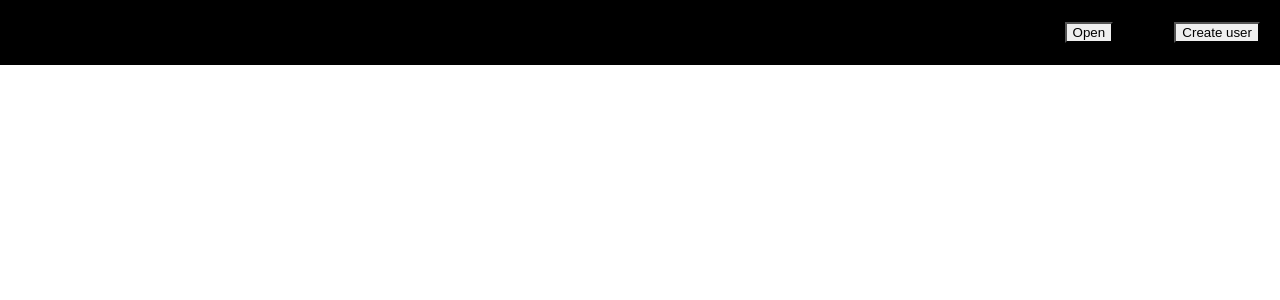
Repository: mr-joshi/Art-Of-House
Page: /
These files come from the project's save history. The page is drawn as it stood at one moment and after the next save; the edit follows.
The browser window is 1280 px wide. The pictures show the whole page.
The project was rebuilt for these pictures with package versions that can differ from the ones it lists, and the page was loaded fresh each time. The framework's server and built-in components were replaced by stand-ins that run in the browser. Also part of the build but not shown: next.config.js.

Above is the page before, as saved 2022-09-25 03:21:32.

After the next save:
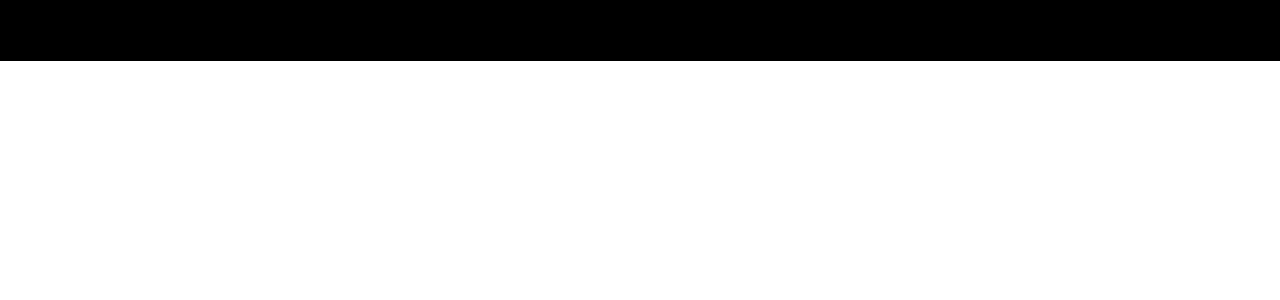
Saved 49 s later.
--- a/components/header/Header.js
+++ b/components/header/Header.js
@@ -1,108 +1,4 @@
-import { Box, Button, Drawer, DrawerBody, DrawerCloseButton, DrawerContent, DrawerFooter, DrawerHeader, DrawerOverlay, FormLabel, Input, InputGroup, InputLeftAddon, InputRightAddon, Radio, RadioGroup, Select, Stack, Textarea, useDisclosure } from '@chakra-ui/react'
 import React from 'react'
-function DrawerExample() {
-  const { isOpen, onOpen, onClose } = useDisclosure()
-  const firstField = React.useRef()
-
-  return (
-    <>
-      <Button  colorScheme='teal' onClick={onOpen}>
-        Create user
-      </Button>
-      <Drawer className="lwda"
-        isOpen={isOpen}
-        placement='right'
-        initialFocusRef={firstField}
-        onClose={onClose}
-      >
-        <DrawerOverlay />
-        <DrawerContent>
-          <DrawerCloseButton />
-          <DrawerHeader borderBottomWidth='1px'>
-            Create a new account
-          </DrawerHeader>
-
-          <DrawerBody>
-            <Stack spacing='24px'>
-              <Box>
-                <FormLabel htmlFor='username'>Name</FormLabel>
-                <Input
-                  ref={firstField}
-                  id='username'
-                  placeholder='Please enter user name'
-                />
-              </Box>
-
-              <Box>
-                <FormLabel htmlFor='url'>Url</FormLabel>
-                <InputGroup>
-                  <InputLeftAddon>http://</InputLeftAddon>
-                  <Input
-                    type='url'
-                    id='url'
-                    placeholder='Please enter domain'
-                  />
-                  <InputRightAddon>.com</InputRightAddon>
-                </InputGroup>
-              </Box>
-
-              <Box>
-                <FormLabel htmlFor='owner'>Select Owner</FormLabel>
-                <Select id='owner' defaultValue='segun'>
-                  <option value='segun'>Segun Adebayo</option>
-                  <option value='kola'>Kola Tioluwani</option>
-                </Select>
-              </Box>
-
-              <Box>
-                <FormLabel htmlFor='desc'>Description</FormLabel>
-                <Textarea id='desc' />
-              </Box>
-            </Stack>
-          </DrawerBody>
-
-          <DrawerFooter borderTopWidth='1px'>
-            <Button variant='outline' mr={3} onClick={onClose}>
-              Cancel
-            </Button>
-            <Button colorScheme='blue'>Submit</Button>
-          </DrawerFooter>
-        </DrawerContent>
-      </Drawer>
-    </>
-  )
-}
-function PlacementExample() {
-  const { isOpen, onOpen, onClose } = useDisclosure()
-  const [placement, setPlacement] = React.useState('right')
-
-  return (
-    <>
-      <RadioGroup defaultValue={placement} onChange={setPlacement}>
-        <Stack direction='row' mb='4'>
-          <Radio value='top'>Top</Radio>
-          <Radio value='right'>Right</Radio>
-          <Radio value='bottom'>Bottom</Radio>
-          <Radio value='left'>Left</Radio>
-        </Stack>
-      </RadioGroup>
-      <Button colorScheme='blue' onClick={onOpen}>
-        Open
-      </Button>
-      <Drawer placement={placement} onClose={onClose} isOpen={isOpen}>
-        <DrawerOverlay />
-        <DrawerContent>
-          <DrawerHeader borderBottomWidth='1px'>Basic Drawer</DrawerHeader>
-          <DrawerBody>
-            <p>Some contents...</p>
-            <p>Some contents...</p>
-            <p>Some contents...</p>
-          </DrawerBody>
-        </DrawerContent>
-      </Drawer>
-    </>
-  )
-}
 const Header = () => {
   return (
     <div className='header_container'>
@@ -115,55 +11,11 @@
           <div className='tag_news'>News</div>
         </div>
         <div className='header_login_tags'>
-          <div className='tag_login'>Join</div>
+          <div className='tag_login'>Login/signup</div>
         </div>
-        {PlacementExample()}
-        {DrawerExample()}
       </div>
     </div>
   )
 }
 
-function SizeExample() {
-  const [size, setSize] = React.useState('')
-  const { isOpen, onOpen, onClose } = useDisclosure()
-
-  const handleClick = (newSize) => {
-    setSize(newSize)
-    onOpen()
-  }
-
-  const sizes = ['xs', 'sm', 'md', 'lg', 'xl', 'full']
-
-  return (
-    <>
-      {sizes.map((size) => (
-        <Button
-          onClick={() => handleClick(size)}
-          key={size}
-          m={4}
-        >{`Open ${size} Drawer`}</Button>
-      ))}
-
-      <Drawer onClose={onClose} isOpen={isOpen} size={size}>
-        <DrawerOverlay />
-        <DrawerContent>
-          <DrawerCloseButton />
-          <DrawerHeader>{`${size} drawer contents`}</DrawerHeader>
-          <DrawerBody>
-            <p>
-              Lorem ipsum dolor sit amet, consectetur adipiscing elit, sed do
-              eiusmod tempor incididunt ut labore et dolore magna aliqua.
-              Consequat nisl vel pretium lectus quam id. Semper quis lectus
-              nulla at volutpat diam ut venenatis. Dolor morbi non arcu risus
-              quis varius quam quisque. Massa ultricies mi quis hendrerit dolor
-              magna eget est lorem. Erat imperdiet sed euismod nisi porta.
-              Lectus vestibulum mattis ullamcorper velit.
-            </p>
-          </DrawerBody>
-        </DrawerContent>
-      </Drawer>
-    </>
-  )
-}
 export default Header
